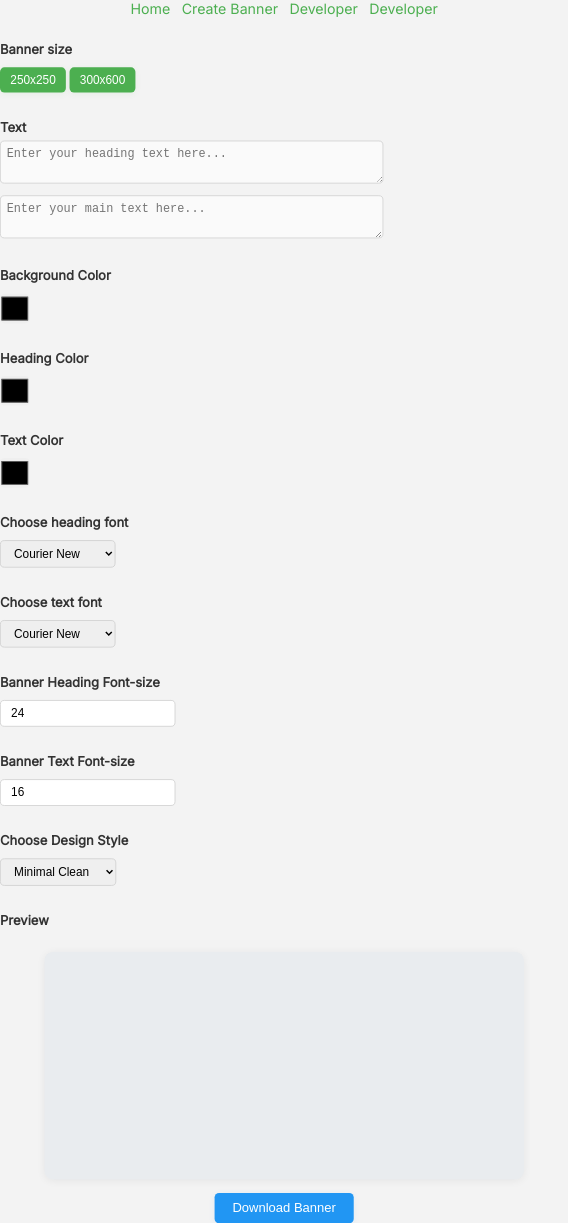
Repository: Yuravolontir/--Baner-Editor--
Page: banner.html
An editor plug-in stored every save of this project. The page is shown before and after the next save, followed by the edit.
The browser window is 768 px wide. The pictures show the whole page, at 74% of full size.

Above is the page before, as saved 2025-07-15 21:52:46.

After the next save:
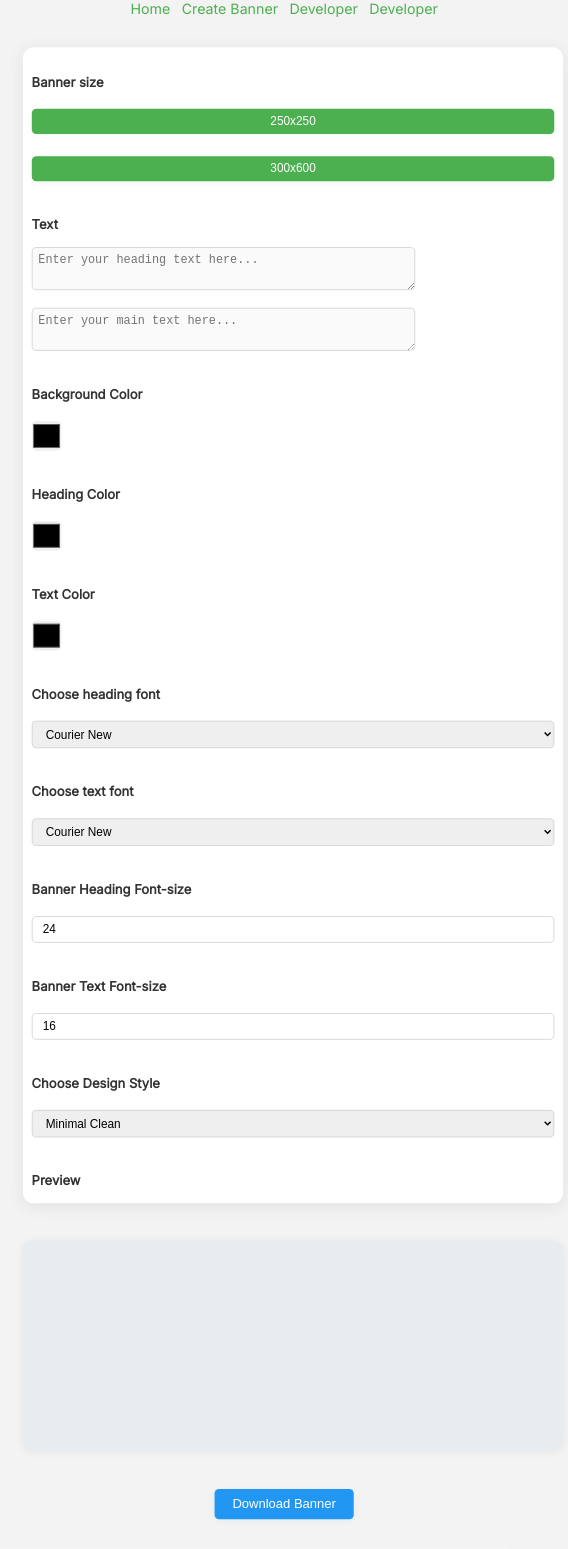
Saved 5 s later.
--- a/styles/styles.css
+++ b/styles/styles.css
@@ -168,3 +168,51 @@ textarea {
         font-size: 1rem;
     }
 }
+/* Main grid container for banner builder */
+#banner-builder-container {
+    display: grid;
+    grid-template-columns: 1fr 1fr;
+    gap: 32px;
+    max-width: 1100px;
+    margin: 40px auto;
+    padding: 0 16px;
+    align-items: flex-start;
+}
+
+/* Controls section */
+#controls-section {
+    background: #fff;
+    border-radius: 14px;
+    box-shadow: 0 4px 24px rgba(0,0,0,0.08);
+    padding: 24px 20px;
+    display: flex;
+    flex-direction: column;
+    gap: 12px;
+}
+
+/* Preview section */
+#preview {
+    min-height: 260px;
+    background: #e9ecef;
+    border-radius: 12px;
+    box-shadow: 0 2px 12px rgba(0,0,0,0.06);
+    display: flex;
+    align-items: center;
+    justify-content: center;
+    padding: 24px;
+    overflow-x: auto;
+}
+
+/* Responsive: stack on mobile */
+@media (max-width: 900px) {
+    #banner-builder-container {
+        grid-template-columns: 1fr;
+        gap: 18px;
+        padding: 0 4vw;
+    }
+    #controls-section, #preview {
+        width: 100%;
+        max-width: 100%;
+        padding: 12px;
+    }
+}
